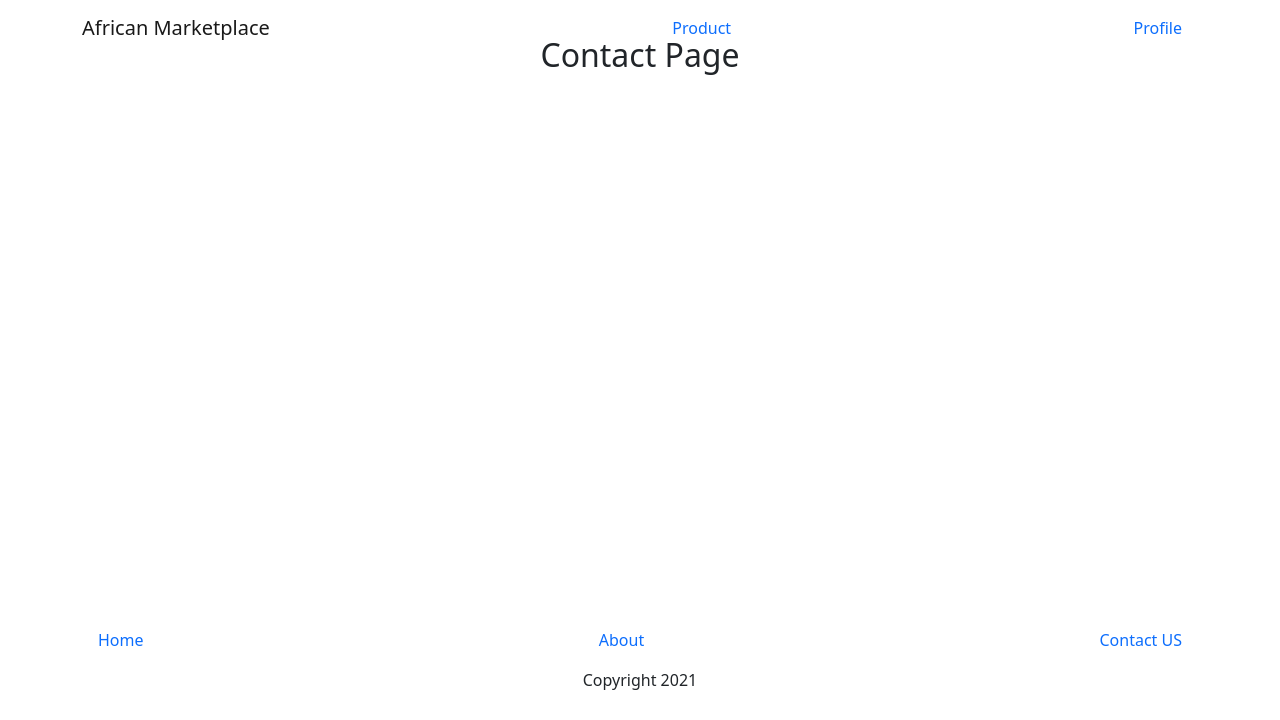
Repository: NelsonMaldonado/AfricanMarketplace
Page: /Contact (app in african-marketplace/)
These files come from the project's save history. The page is drawn as it stood at one moment and after a run of saves; the edit follows.
The browser window is 1280 px wide. The pictures show the whole page.
The project was rebuilt for these pictures with package versions that can differ from the ones it lists, and the page was loaded fresh each time. Also part of the build but not shown: african-marketplace/src/component/form_login.js, african-marketplace/src/page/home.js, african-marketplace/src/component/404.js, african-marketplace/src/page/about.js, african-marketplace/src/component/constant.js, african-marketplace/src/component/form_item.js, african-marketplace/src/component/form_listing_item.js, african-marketplace/src/component/form_add_item.js and 3 more.

Above is the page before, as saved 2021-08-23 09:06:40.

After the next 3 saves:
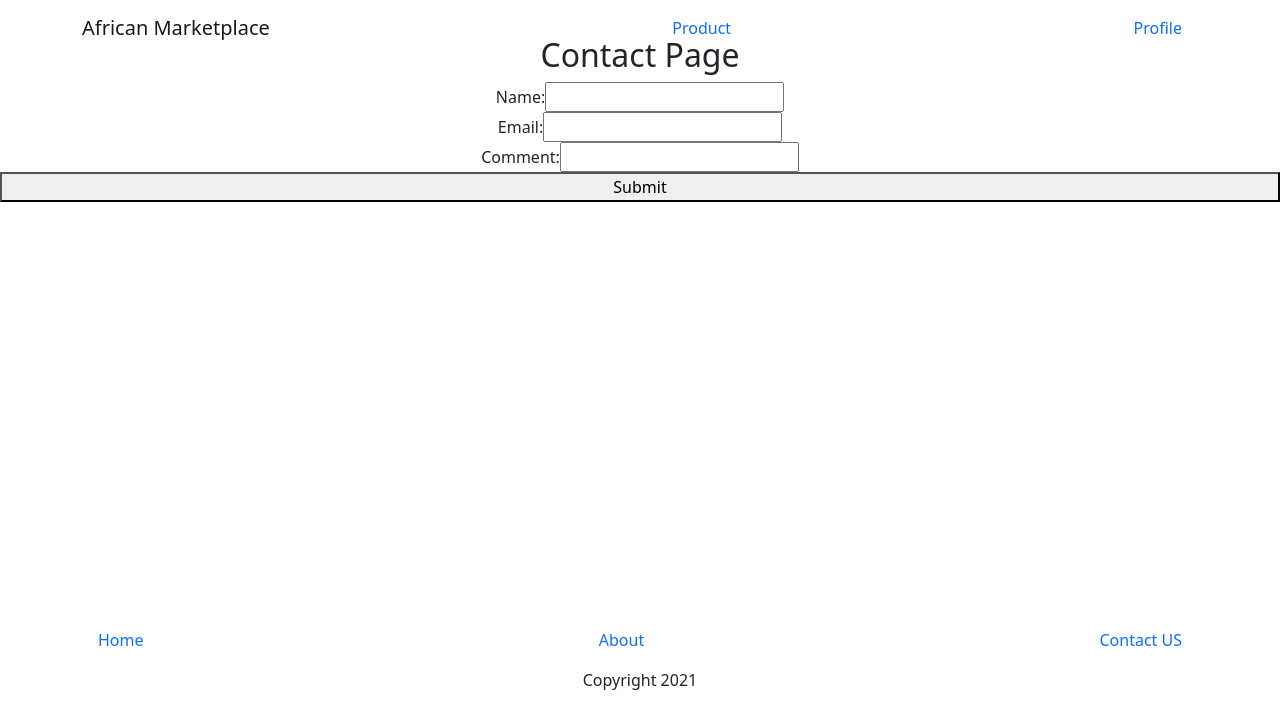
The 3 saves are shown as one change because they came seconds apart.
The last was saved 10 s later.
--- a/african-marketplace/src/page/contact.js
+++ b/african-marketplace/src/page/contact.js
@@ -1,4 +1,5 @@
 import React from "react";
+import { Form } from "react-bootstrap";
 import Form_Contact_Us from "../component/form_contact_us";
 
 export default function ContactPage(props) {
@@ -6,7 +7,7 @@ export default function ContactPage(props) {
     <div>
       <h2>Contact Page</h2>
 
-
+      <Form_Contact_Us />
     </div>
   );
 }
